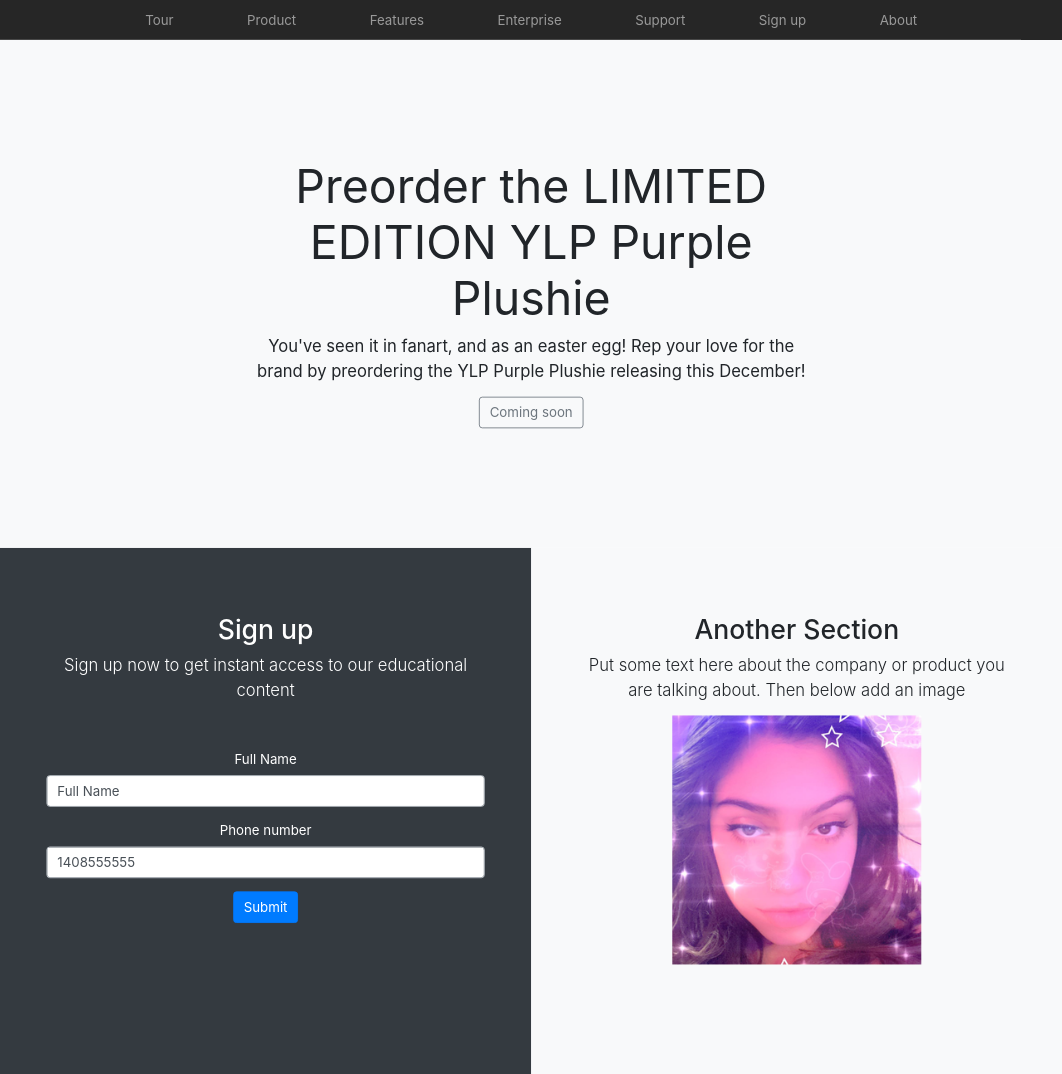
Repository: lesleygalvan1/lesleygalvan-website
Page: LearnCS8-Twilio/index.html
The author's editor kept a record of every edit. The page is drawn from the files as they stood at one moment, then again after the next edit.
The browser window is 1280 px wide. The pictures show the whole page, at 83% of full size.

Above is the page before.

After the next edit:
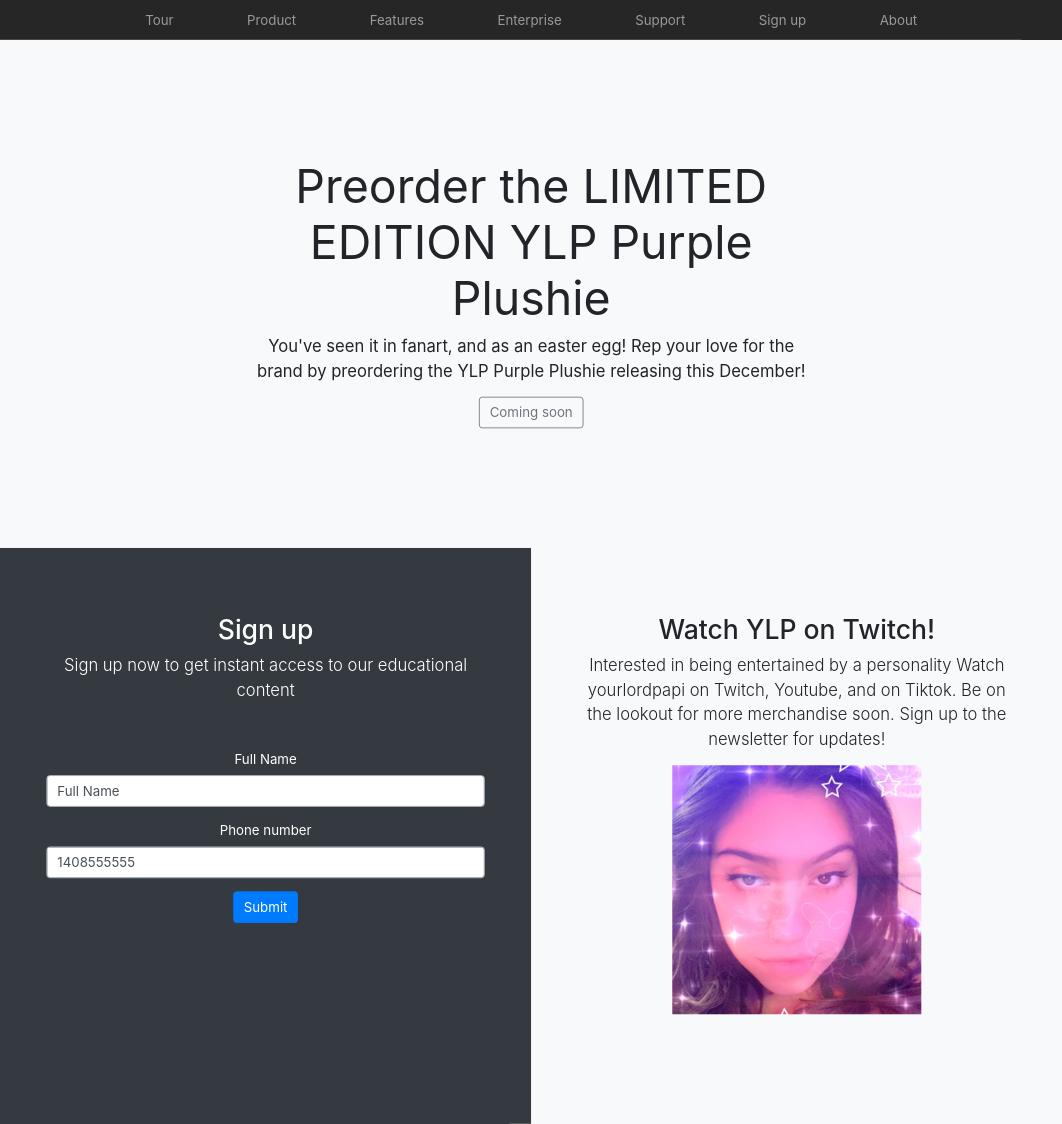
The edit:
--- a/LearnCS8-Twilio/index.html
+++ b/LearnCS8-Twilio/index.html
@@ -77,8 +77,8 @@
 <!-- Right Tile -->
     <div class="bg-light pt-3 px-3 pt-md-5 px-md-5 text-center overflow-hidden">
         <div class="my-3 p-3">
-            <h2 class="display-5">Another Section</h2>
-            <p class="lead">Put some text here about the company or product you are talking about. Then below add an image</p>
+            <h2 class="display-5">Watch YLP on Twitch!</h2>
+            <p class="lead">Interested in being entertained by a personality Watch yourlordpapi on Twitch, Youtube, and on Tiktok. Be on the lookout for more merchandise soon. Sign up to the newsletter for updates!</p>
             <img class="mx-auto" src="lab2_image_png.png" height="300px">
         </div>
         <div class="mx-auto" style="width: 80%; height: 100px; border-radius: 21px 21px 0 0;"></div>
